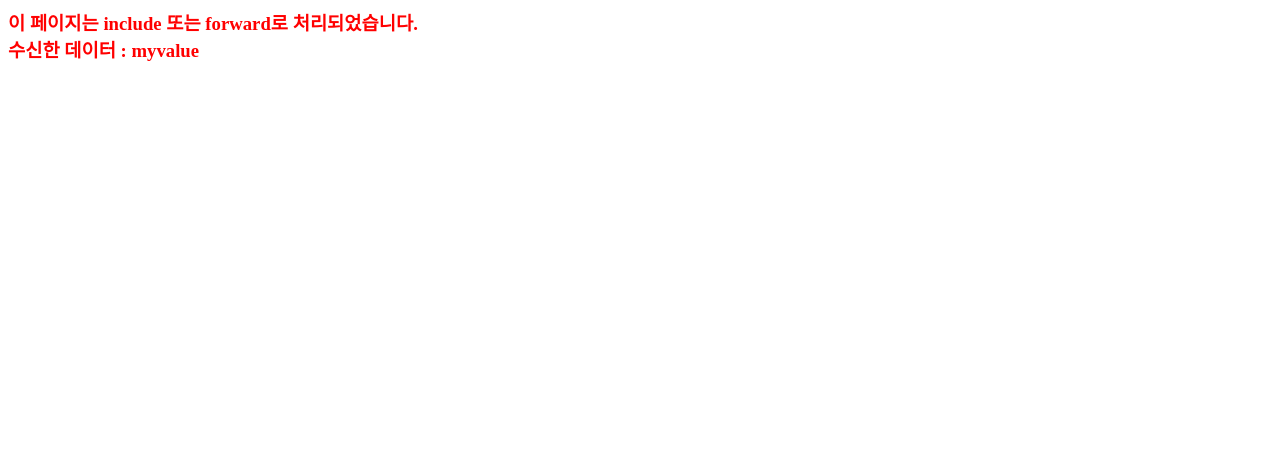
Repository: yeobinJeong/demoweb
Page: http://localhost/example-web/jspdemo/11.actionform.jsp
The author's editor kept a copy of each file at every save. The page is drawn from the files as they stood at one save, then again after the next save.
The browser window is 1280 px wide. The pictures show the whole page.
The page is served by Tomcat 9.

Above is the page before, as saved 2016-04-21 01:19:39.

After the next save:
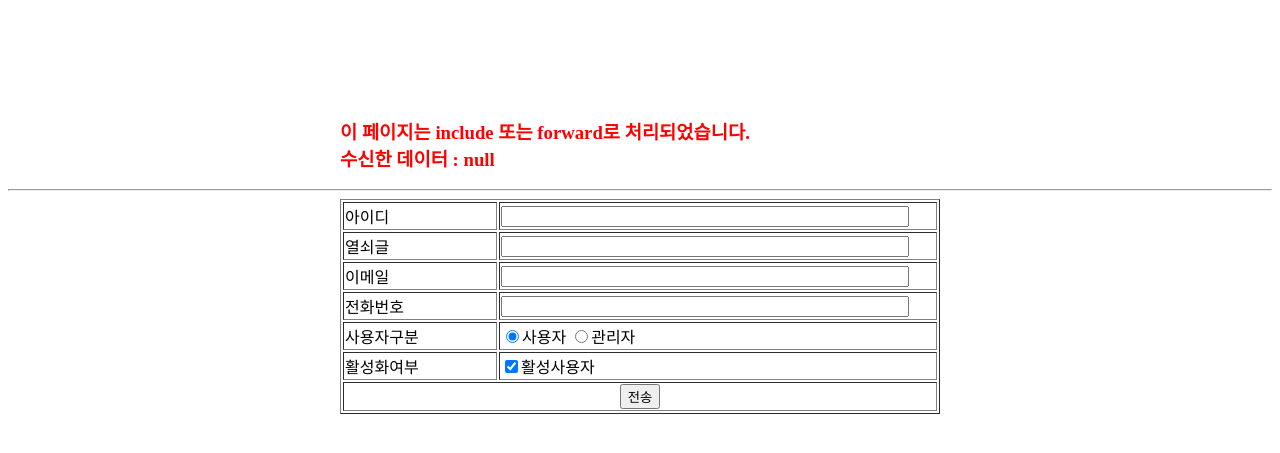
Saved 2 min 8 s later.
--- a/example-web/WebContent/jspdemo/11.actionform.jsp
+++ b/example-web/WebContent/jspdemo/11.actionform.jsp
@@ -9,10 +9,10 @@
 <body>
 	<br /><br /><br /><br /><br />
 	<div style="width:600px;margin:0 auto">
-		<%-- <jsp:include page="11.partial.jsp"></jsp:include> --%>
-		<jsp:forward page="11.partial.jsp">
+		<jsp:include page="11.partial.jsp"></jsp:include>
+		<%-- <jsp:forward page="11.partial.jsp">
 			<jsp:param value="myvalue" name="mydata" />
-		</jsp:forward>
+		</jsp:forward> --%>
 	</div>
 	<hr />
 	<form action="11.actiontest.jsp" method="post">
